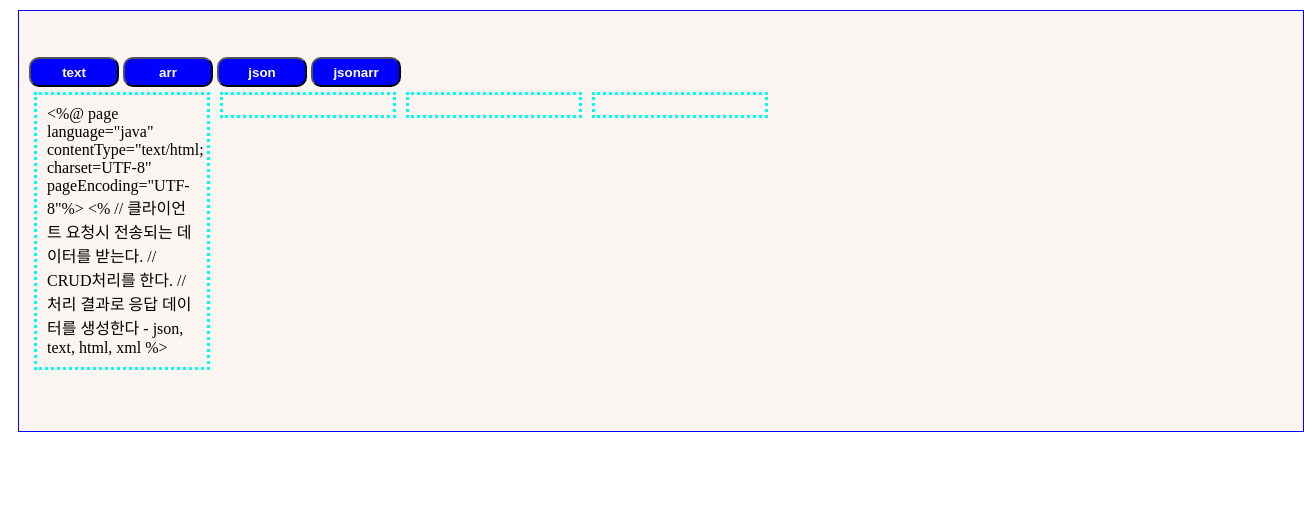
Repository: yul3220/WebProgrammingLecture
Page: jqpro/WebContent/2021-02-02/dataType.html
These files come from the project's save history. The page is drawn as it stood at one moment and after the next save; the edit follows.
The browser window is 1280 px wide. The page is 1304 px wide, so the pictures cover 1304 px, including what lies to the right of the window. The pictures show the whole page.
After loading, the first visible `#text` was clicked once.

Above is the page before, as saved 2021-02-02 01:13:25.

### jqpro/WebContent/2021-02-02/dataType.html
<!DOCTYPE html>
<html>

<head>
<meta charset="UTF-8">
<title>Insert title here</title>
<link rel="stylesheet" href="../css/public.css" />
<script src="../js/jquery-3.5.1.min.js"></script>
<style>
	div.box {
		height: 400px;
	}

	.box div {
		width: 150px;
		margin: 5px;
		padding: 10px;
		float: left;
	}

</style>
<script>
	$(function() {
		//requerst 객체 생성
		xhr = new XMLHttpRequest();

		$("#text").on("click", function() {
			// 요청
			xhr.open("get", "text.jsp", true);
			xhr.send();

			// 응답
			xhr.onreadystatechange = function() {
				if (this.readyState == 4 && this.status == 200) {
					res = this.responseText;

					//res = "홍길동/개나리/진달래/무궁화/백일홍/수선화"
					code = res.split("/");
					html = "<ul>";
					$.each(code, function(i){
						//html += "<li>" + code[i] + "</li>";
						html += `<li>${code[i]}</li>`;
					})
					html += "</ul>";
					$("#result1").html(res);
				}
			}

		})
	})

</script>
</head>

<body>
	<div class="box">

		<br><br>
		<input id="text" type="button" value="text" />
		<input id="arr" type="button" value="arr" />
		<input id="json" type="button" value="json" />
		<input id="jarr" type="button" value="jsonarr" />
		<br>
		<div id="result1"></div>
		<div id="result2"></div>
		<div id="result3"></div>
		<div id="result4"></div>
	</div>
</body>

</html>

### jqpro/WebContent/css/public.css
@CHARSET "UTF-8";
pre{
	background-color : #c4f4f2;
	font-size : 14px;
	white-space: pre-wrap;

	/*
	   pre : 공백은 그대로 줄바꿈이 되지 않는다.
	   pre-wrap : 공백은 그대로 줄바꿈이 된다.
	   pre-line : 공백을 여러개 줘도 공백은 하나만 표시  줄바꿈된다.
	   nowrap : 공백을 여러개 줘도 공백은 하나만 표시 줄바꿈되지 않는다.

	*/
}

div.box {
	width : 100%;
	height : auto;
	margin : 10px;
	padding : 10px;
	border : 1px solid blue;
	background : #faf5f1;
}

.box input[type=button]{
    width : 90px;
    height: 30px;
    background: blue;
    color : white;
    padding : 5px 10px;
    border-radius: 10px;
    font-weight: bold;
	text-align: center;
}

.box div{
    width : 80%;
    height : auto;
    padding : 10px;
    border : 3px dotted #00ffeb;
    margin : 20px;
}

Loaded but not shown: jqpro/WebContent/js/jquery-3.5.1.min.js (library)

After the next save:
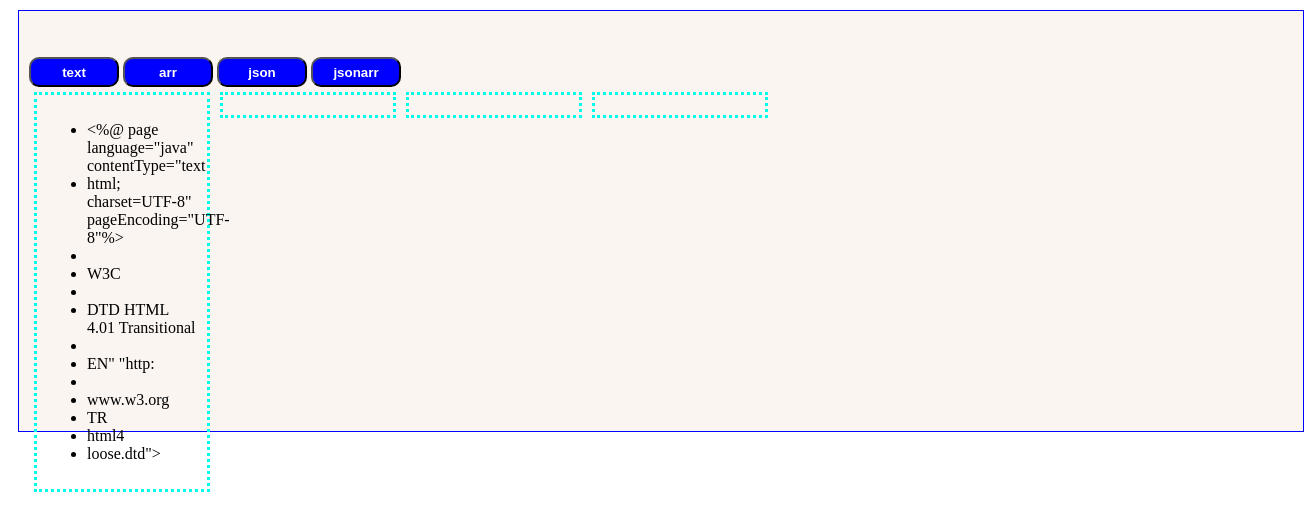
Saved 22 s later.
--- a/jqpro/WebContent/2021-02-02/dataType.html
+++ b/jqpro/WebContent/2021-02-02/dataType.html
@@ -36,13 +36,13 @@
 
 					//res = "홍길동/개나리/진달래/무궁화/백일홍/수선화"
 					code = res.split("/");
-					html = "<ul>";
+					vhtml = "<ul>";
 					$.each(code, function(i){
 						//html += "<li>" + code[i] + "</li>";
-						html += `<li>${code[i]}</li>`;
+						vhtml += `<li>${code[i]}</li>`;
 					})
-					html += "</ul>";
-					$("#result1").html(res);
+					vhtml += "</ul>";
+					$("#result1").html(vhtml);
 				}
 			}
 
